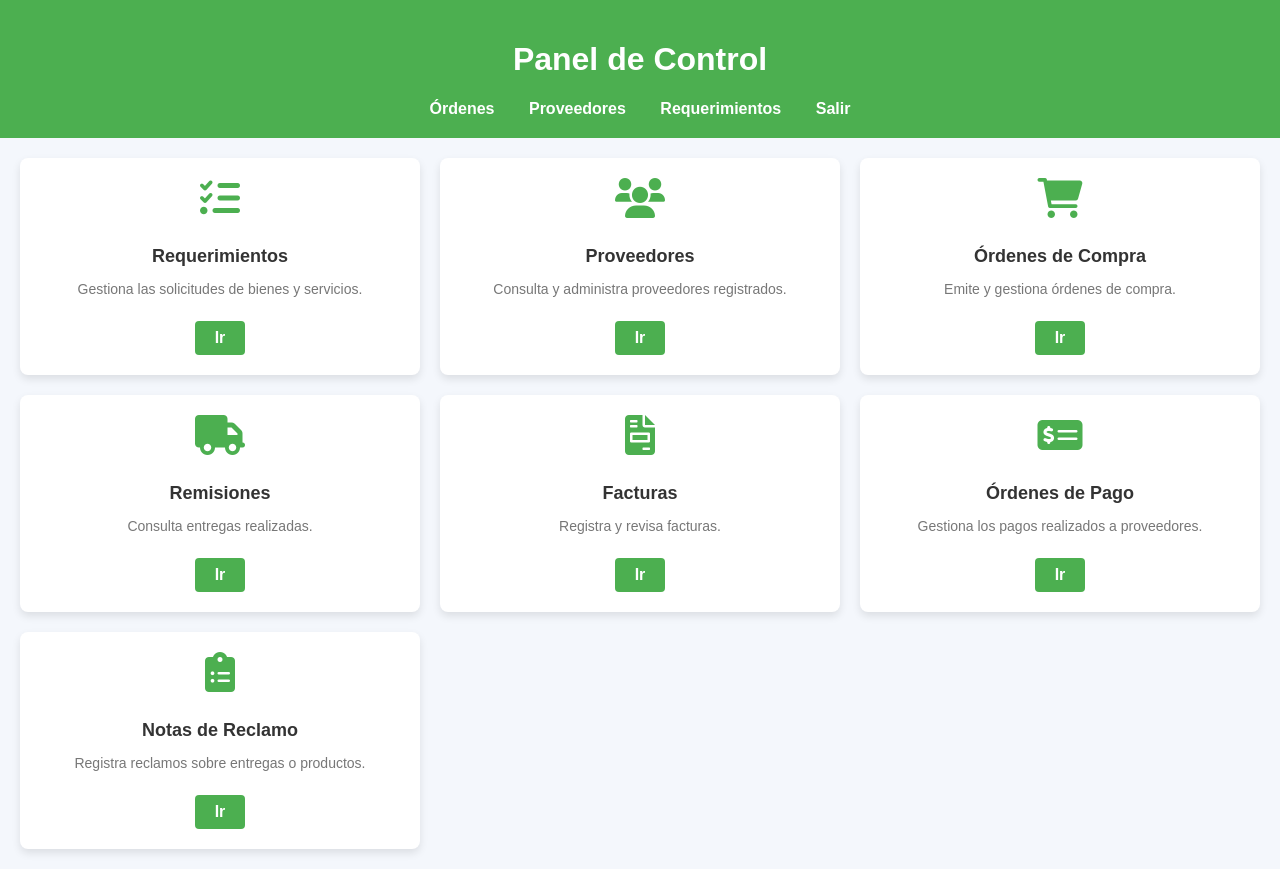
Repository: djkeviin/Mi-primera-chamba
Page: views/dashboard.html
The author's editor kept a copy of each file at every save. The page is drawn from the files as they stood at one save, then again after the next save.
The browser window is 1280 px wide. The pictures show the whole page.

Above is the page before, as saved 2025-05-02 01:18:36.

### views/dashboard.html
<!DOCTYPE html>
<html lang="es">
<head>
  <meta charset="UTF-8">
  <title>Dashboard</title>
  <link rel="stylesheet" href="../css/dashboard.css">
  <link rel="stylesheet" href="https://cdnjs.cloudflare.com/ajax/libs/font-awesome/6.0.0-beta3/css/all.min.css">
</head>
<body>
  <header>
    <h1>Panel de Control</h1>
    <nav>
      <a href="ordenes.html">Órdenes</a>
      <a href="proveedores.html">Proveedores</a>
      <a href="requerimientos.html">Requerimientos</a>
      <a href="../index.html">Salir</a>
    </nav>
  </header>

  <main>
    <section class="panel">
      <div class="card">
        <i class="fas fa-tasks"></i> <!-- Icono de tareas -->
        <h3>Requerimientos</h3>
        <p>Gestiona las solicitudes de bienes y servicios.</p>
        <a href="requerimientos.html">Ir</a>
      </div>
      <div class="card">
        <i class="fas fa-users"></i> <!-- Icono de usuarios -->
        <h3>Proveedores</h3>
        <p>Consulta y administra proveedores registrados.</p>
        <a href="proveedores.html">Ir</a>
      </div>
      <div class="card">
        <i class="fas fa-shopping-cart"></i> <!-- Icono de compras -->
        <h3>Órdenes de Compra</h3>
        <p>Emite y gestiona órdenes de compra.</p>
        <a href="ordenes.html">Ir</a>
      </div>
      <div class="card">
        <i class="fas fa-truck"></i> <!-- Icono de camión (remisiones) -->
        <h3>Remisiones</h3>
        <p>Consulta entregas realizadas.</p>
        <a href="remisiones.html">Ir</a>
      </div>
      <div class="card">
        <i class="fas fa-file-invoice"></i> <!-- Icono de factura -->
        <h3>Facturas</h3>
        <p>Registra y revisa facturas.</p>
        <a href="facturas.html">Ir</a>
      </div>
      <div class="card">
        <i class="fas fa-money-check-alt"></i> <!-- Icono de pagos -->
        <h3>Órdenes de Pago</h3>
        <p>Gestiona los pagos realizados a proveedores.</p>
        <a href="pagos.html">Ir</a>
      </div>
      <div class="card">
        <i class="fas fa-clipboard-list"></i> <!-- Icono de lista (reclamos) -->
        <h3>Notas de Reclamo</h3>
        <p>Registra reclamos sobre entregas o productos.</p>
        <a href="reclamos.html">Ir</a>
      </div>
    </section>
  </main>
</body>
</html>

### css/dashboard.css
body {
    font-family: Arial, sans-serif;
    background-color: #f4f7fc;
    margin: 0;
    padding: 0;
  }

  header {
    background-color: #4CAF50;
    color: white;
    padding: 20px;
    text-align: center;
  }

  nav a {
    margin: 0 15px;
    color: white;
    text-decoration: none;
    font-weight: bold;
  }

  nav a:hover {
    text-decoration: underline;
  }

  .panel {
    display: grid;
    grid-template-columns: repeat(3, 1fr);
    gap: 20px;
    margin: 20px;
  }

  .card {
    background-color: white;
    padding: 20px;
    border-radius: 8px;
    box-shadow: 0 4px 8px rgba(0, 0, 0, 0.1);
    text-align: center;
  }

  .card i {
    font-size: 40px;
    color: #4CAF50;
    margin-bottom: 10px;
  }

  .card h3 {
    font-size: 18px;
    color: #333;
    margin-bottom: 10px;
  }

  .card p {
    font-size: 14px;
    color: #777;
  }

  .card a {
    display: inline-block;
    padding: 8px 20px;
    background-color: #4CAF50;
    color: white;
    border-radius: 4px;
    text-decoration: none;
    font-weight: bold;
    margin-top: 10px;
  }

  .card a:hover {
    background-color: #45a049;
  }

After the next save:
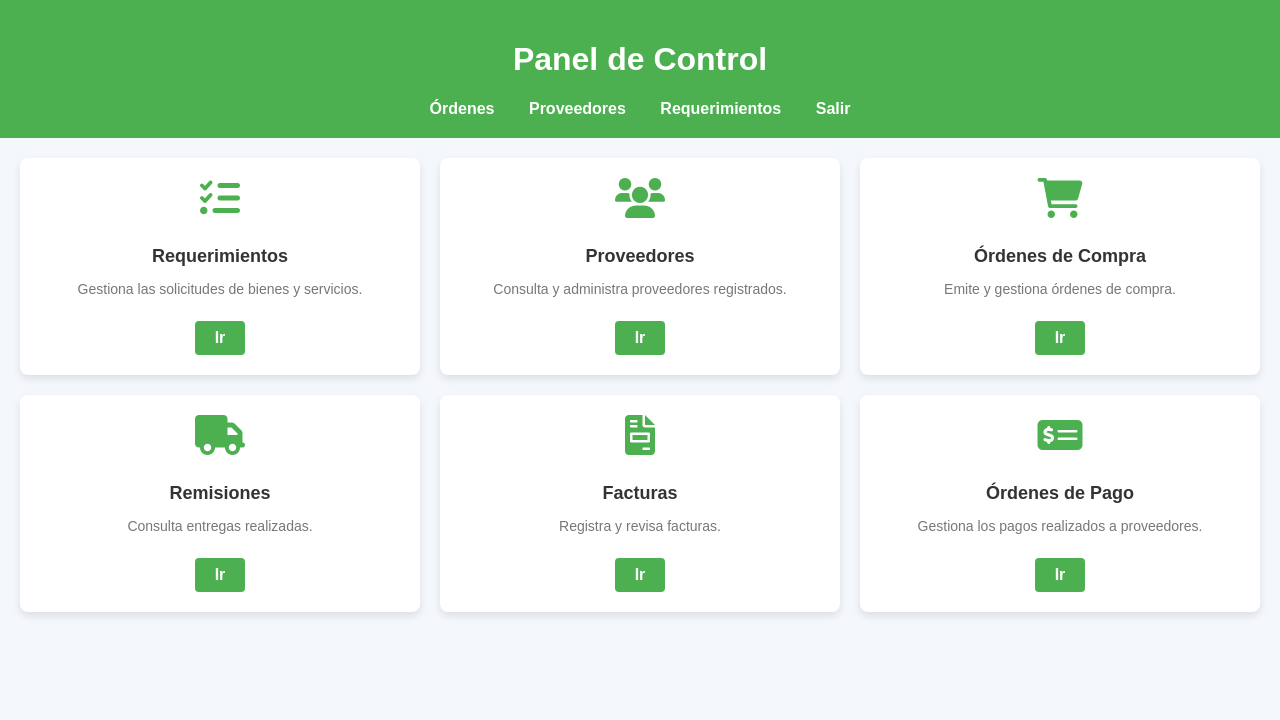
Saved 95 s later.
--- a/views/dashboard.html
+++ b/views/dashboard.html
@@ -55,12 +55,6 @@
         <p>Gestiona los pagos realizados a proveedores.</p>
         <a href="pagos.html">Ir</a>
       </div>
-      <div class="card">
-        <i class="fas fa-clipboard-list"></i> <!-- Icono de lista (reclamos) -->
-        <h3>Notas de Reclamo</h3>
-        <p>Registra reclamos sobre entregas o productos.</p>
-        <a href="reclamos.html">Ir</a>
-      </div>
     </section>
   </main>
 </body>
